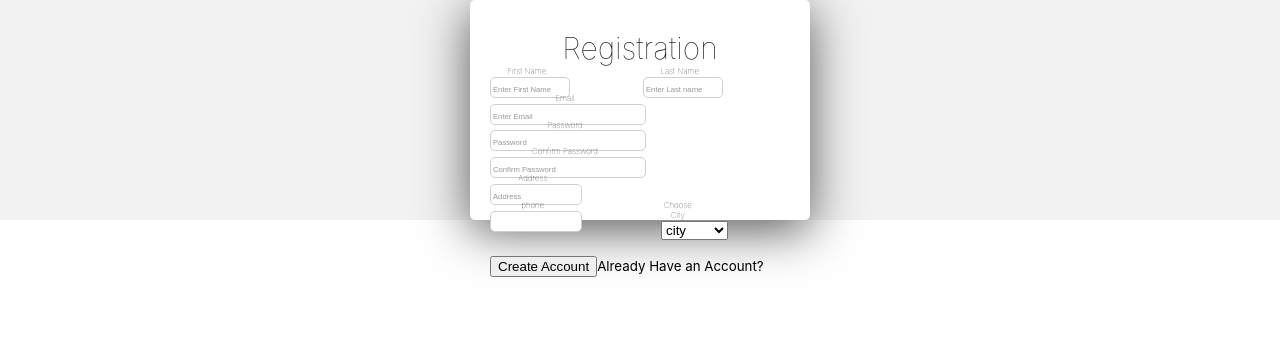
Repository: Fortune-Labs/Event-management-system-CapstoneG3
Page: / (app in frontend/)
An editor plug-in stored every save of this project. The page is shown before and after the next save, followed by the edit.
The browser window is 1280 px wide. The pictures show the whole page.
The project was rebuilt for these pictures with package versions that can differ from the ones it lists, and the page was loaded fresh each time.

Above is the page before, as saved 2020-09-03 03:16:48.

After the next save:
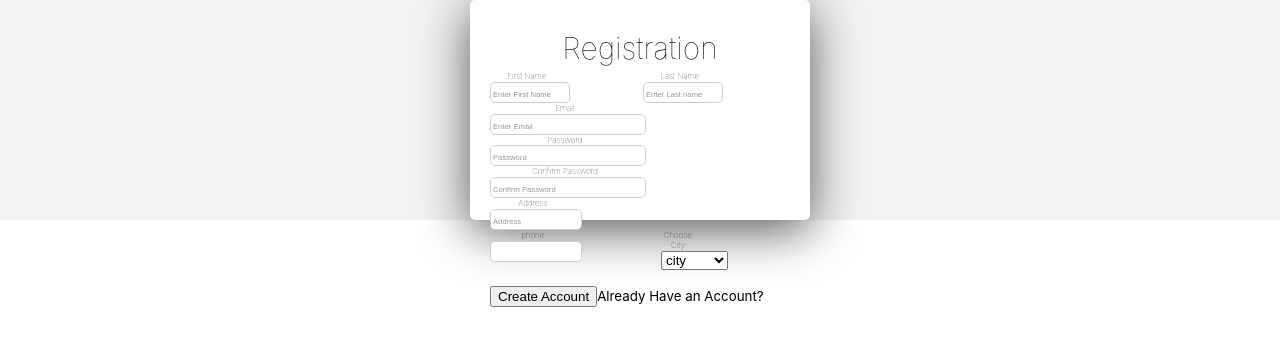
Saved 32 s later.
--- a/frontend/src/components/LoginSignup/style.css
+++ b/frontend/src/components/LoginSignup/style.css
@@ -49,7 +49,7 @@ label {
   margin-bottom: 0.09em;
   color: #222;
   font-weight: lighter;
-  margin-top: -20px;
+  margin-top: -15px;
 }
 
 /* .Kelvin { */
